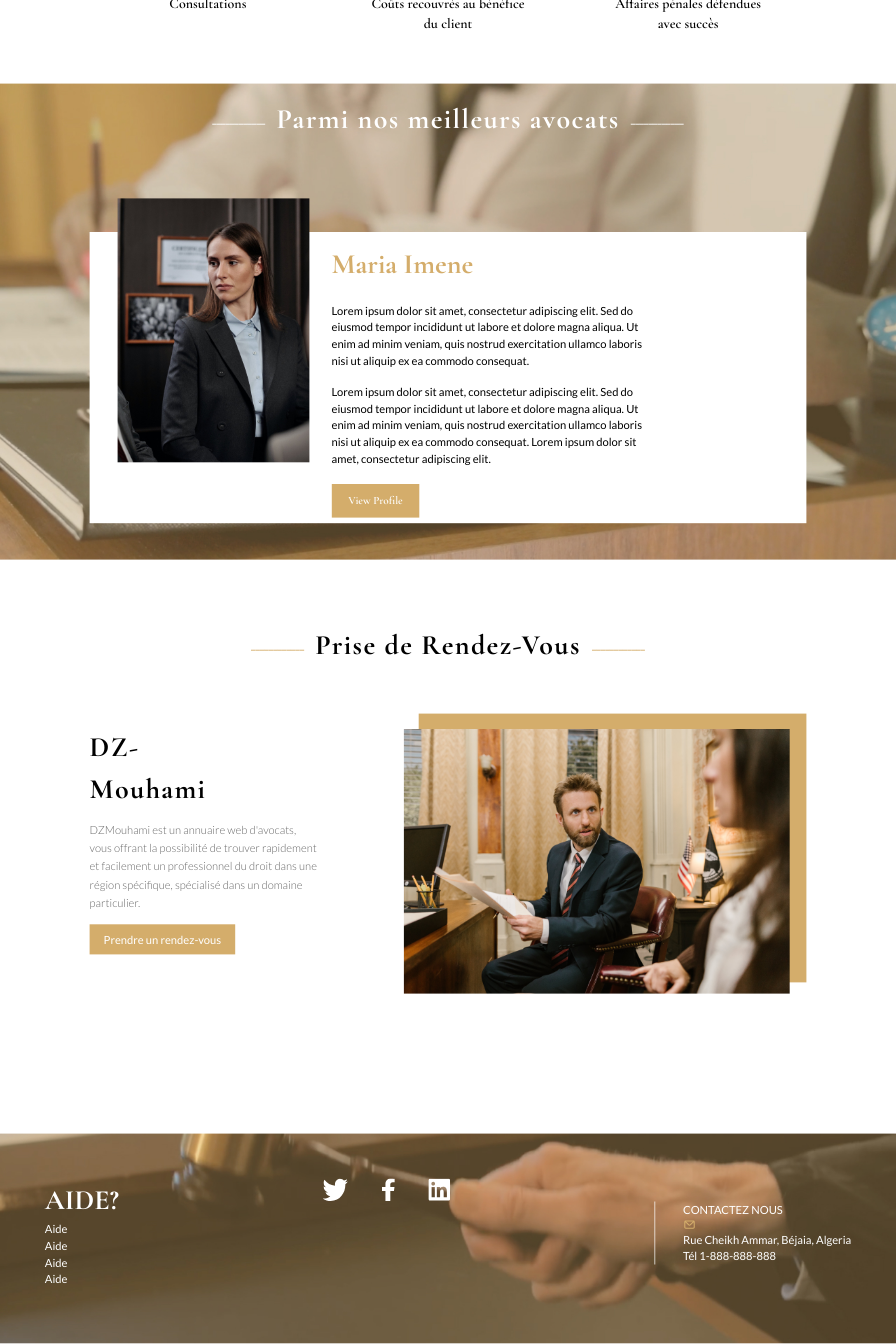
Repository: Chekrouba-Tinhinane/Mohami_dz
Page: / (app in client/)
The author's editor kept a copy of each file at every save. The page is drawn from the files as they stood at one save, then again after a run of saves.
The browser window is 1280 px wide. The pictures show the part of the page from y = 2348 to 4268 px (the page is 4268 px tall), at 70% of full size.
The project was rebuilt for these pictures with package versions that can differ from the ones it lists, and the page was loaded fresh each time. Also part of the build but not shown: client/vite.config.js, client/src/SignIn.jsx, client/src/components/Selector.jsx, client/src/components/SearchContainer.jsx, client/src/Search.jsx, client/src/components/super/HomeLayout.jsx, client/src/components/Profile.jsx.

Above is the page before, as saved 2024-01-25 18:11:49.

### client/index.html
<!doctype html>
<html lang="en">
  <head>
    <meta charset="UTF-8" />
    <link rel="icon" type="image/svg+xml" href="/vite.svg" />
    <meta name="viewport" content="width=device-width, initial-scale=1.0" />
    <title>Mouhami DZ</title>
  </head>
  <body>
    <div id="root"></div>
    <script type="module" src="/src/App.jsx"></script>
  </body>
</html>

### client/src/App.jsx
import React from "react";
import { createRoot } from "react-dom/client";
import { BrowserRouter, Routes, Route } from "react-router-dom";
import "./index.css";
import LandingPage from "./LandingPage";
import SignIn from "./SignIn";
import Search from "./Search";
import HomeLayout from "./components/super/HomeLayout";
import Profile from "./components/Profile";

const App = () => {
  return (
    <BrowserRouter>
      <Routes>
        <Route path={"/"} element={<LandingPage />} />

        <Route path={"/Signin"} element={<SignIn />} />
        <Route
          path={"/Search"}
          element={<HomeLayout pageComponent={<Search />} />}
        />
        {/* <Route path={"/Signin"} element={<SignIn />} />
        <Route
          path={"/Schedule"}
          element={<HomeLayout pageComponent={<Schedule />} />}
        />

        <Route
          path={"/Settings"}
          element={<HomeLayout pageComponent={<Staff />} />}
        />
        <Route
          path={"/profile/:id"}
          element={<HomeLayout pageComponent={<Profile />} />}
        /> */}
        <Route
          path={"/profile"}
          element={<HomeLayout pageComponent={<Profile />} />}
        />
      </Routes>
    </BrowserRouter>
  );
};

export default App;

const root = createRoot(document.getElementById("root"));
root.render(<App />);

### client/src/index.css
@import url("https://fonts.googleapis.com/css2?family=Cormorant+Garamond:wght@300;400;500;600;700&family=Lato:wght@100;300;400;700;900&display=swap");

@tailwind base;
@tailwind components;
@tailwind utilities;

@layer base {
  a {
    @apply cursor-pointer;
  }
  h1 {
    @apply text-[50px] font-bold;
  }
  h2 {
    @apply text-[2.5rem] font-bold;
  }
  p {
  }
  h3 {
  }
  h4 {
    @apply text-[1rem] font-semibold;
  }
  textarea {
  }
  input {
  }
  select {
  }
}

* {
  /*font-family: 'Cormorant Garamond', serif; */
  font-family: "Lato", sans-serif;
  box-sizing: border-box;
  padding: 0;
  margin: 0;
}

.recursive {
  font-family: "Cormorant Garamond", serif;
}

.nav-item::after {
  content: "";
  display: block;
  width: 0;
  height: 2px;
  margin-top: 5px;
  background-color: rgb(212, 173, 107);
  transition: width 0.4s;
}

.nav-item:hover::after {
  width: 100%;
}

### client/src/LandingPage.jsx
import React, { useEffect } from "react";

import header from "./assets/landing/header.jpg";
import hero from "./assets/landing/hero.png";
import section1 from "./assets/landing/section1.jpg";
import section2 from "./assets/landing/section2.jpg";
import footer from "./assets/landing/footer.jpg";
import maria from "./assets/landing/maria.jpg";
import scene from "./assets/landing/scene.png";

import msg from "./assets/icons/contact/msg.svg";

import twitter from "./assets/icons/footer/twitter.svg";
import fb from "./assets/icons/footer/fb.svg";
import linkedin from "./assets/icons/footer/linkedin.svg";

import NavBar from "./components/super/NavBar";

import AOS from "aos";
import "aos/dist/aos.css";

AOS.init();

const LandingPage = () => {
  useEffect(() => {
    AOS.refresh();
  }, []);

  return (
    <div className="overflow-hidden flex flex-col relative mx-auto items-center bg-white z-10">
      <header className=" p-3 recursive border-b border-b-primary w-[90%] text-center font-semibold text-xl">
        {" "}
        DZ Mouhami{" "}
      </header>
      <NavBar />
      <Header />
      <About />
      <Feedback />

      <Achievements />
      <Hero />
      <Appoint />
      <Footer />
    </div>
  );
};

export default LandingPage;

function Header() {
  return (
    <section
      id="header"
      className=" relative flex w-screen justify-center my-3"
    >
      <img src={header} className="w-full h-[600px] object-cover" alt="" />
      <h2 className=" recursive absolute bottom-[7%] left-[10%] text-white w-[60%]">
        "Legal Solutions, Trusted Advocacy: Your Path to Justice Begins with
        Us."
      </h2>
    </section>
  );
}

function About() {
  return (
    <section
      id="about"
      data-aos="fade-right"
      data-aos-duration="1000"
      className="mx-3 my-10 flex gap-[6rem] justify-center items-center"
    >
      {/* fifth section */}
      <div className=" flex flex-col w-[40%] ">
        <h2 className=" recursive w-[40%] place-self-end">
          A propos de DZ Mouhami
        </h2>
        <img src={hero} className="" alt="" />
      </div>

      <div className=" basis-[40%] mb-16 ">
        {" "}
        {/*  */}
        <h2 className=" recursive tracking-wider w-[50%] my-4">DZ-Mouhami</h2>
        <p className=" w-[80%] opacity-60 font-light leading-relaxed mb-7">
          DZMouhami est un annuaire web d'avocats, vous offrant la possibilité
          de trouver rapidement et facilement un professionnel du droit dans une
          région spécifique, spécialisé dans un domaine particulier.
        </p>
        <a
          href=""
          className=" py-2 px-5 text-white bg-primary hover:bg-opacity-65"
        >
          Trouver un avocat
        </a>
      </div>
    </section>
  );
}

function Feedback() {
  const userComments = [
    {
      username: "User123",
      comment:
        "Effortlessly found the right lawyer for my needs – the detailed profiles and client reviews streamlined the decision-making process.",
    },
    {
      username: "LegalEagle",
      comment:
        "Incredibly user-friendly directory; comprehensive lawyer profiles and responsive design made my search for legal representation hassle-free.",
    },
    {
      username: "LawSeeker",
      comment:
        "Highly impressed with the intuitive interface and wealth of information – this directory simplified the task of finding a skilled attorney.",
    },
  ];

  // You can now use the userComments array as needed in your code.

  return (
    <section
      id="feedback"
      className=" relative flex w-screen justify-center my-4"
    >
      <img
        src={section1}
        className="w-full h-[640px] bg-center object-cover"
        alt=""
      />
      <div className="absolute top-0 text-white">
        <div className=" flex flex-col items-center">
          <div className="flex items-center my-5 gap-4">
            <span className=" font-semibold select-none">____________</span>
            <h2 className=" recursive  tracking-wider ">
              Nos Témoignages
            </h2>{" "}
            <span className=" font-semibold select-none">____________</span>
          </div>

          <h2 className=" mt-16 mb-8 recursive w-[85%] text-center">
            CE QUE NOS CLIENTS PENSENT DE NOUS
          </h2>
          <div className=" flex gap-10 w-[75%] ">
            {userComments.map((el, i) => {
              return (
                <div className=" flex flex-col justify-between bg-white p-6 rounded-md text-black text-sm h-56 ">
                  {el.comment}
                  <div className=" flex gap-5 items-center">
                    {" "}
                    <div class="w-14 h-14 bg-gray-500 rounded-full"></div>
                    {el.username}
                  </div>
                </div>
              );
            })}
          </div>
        </div>
      </div>
    </section>
  );
}

function Achievements() {
  return (
    <div className=" flex flex-col w-[80%] items-center mx-auto my-10 gap-8 ">
      <div className="flex items-center my-5 gap-4">
        <span className=" font-semibold select-none text-primary">
          ____________
        </span>
        <h2 className=" recursive tracking-wider">Nos Réalisations</h2>{" "}
        <span className=" font-semibold select-none text-primary">
          ____________
        </span>
      </div>

      <div className="flex w-full justify-between  ">
        <div className="flex flex-col items-center basis-[33%] gap-4">
          {" "}
          <h4 className=" recursive text-primary text-3xl font-bold">
            879+
          </h4>{" "}
          <span className=" w-[70%] text-center recursive font-semibold text-xl">
            Consultations
          </span>
        </div>
        <div className="flex flex-col items-center basis-[33%] gap-4">
          {" "}
          <h4 className=" recursive text-primary text-3xl font-bold">
            12 Mil
          </h4>{" "}
          <span className=" w-[70%] text-center recursive font-semibold text-xl">
            Coûts recouvrés au bénéfice du client
          </span>
        </div>
        <div className="flex flex-col items-center basis-[33%] gap-4">
          {" "}
          <h4 className=" recursive text-primary text-3xl font-bold">
            92%
          </h4>{" "}
          <span className=" w-[70%] text-center recursive font-semibold text-xl">
            Affaires pénales défendues avec succès
          </span>
        </div>
      </div>
    </div>
  );
}

function Hero() {
  return (
    <section id="hero" className=" relative flex w-screen justify-center my-8 ">
      <img
        src={section2}
        className="w-full h-[680px] bg-center object-cover"
        alt=""
      />
      <div className="absolute top-0 text-white">
        <div className=" flex flex-col items-center gap-[6rem]">
          <div className="flex items-center my-5 gap-4">
            <span className=" font-semibold select-none">____________</span>
            <h2 className=" recursive  tracking-wider ">
              Parmi nos meilleurs avocats
            </h2>{" "}
            <span className=" font-semibold select-none">____________</span>
          </div>

          <div className=" flex gap-8 w-[80%] bg-white text-black h-[26rem] px-10 my-4 ">
            <div className="relative basis-[30%]">
              {" "}
              <img
                src={maria}
                alt=""
                className=" absolute -top-12  object-contain"
              />
            </div>
            <div className=" flex flex-col basis-[70%] my-4 gap-6  ">
              {" "}
              <h2 className=" recursive text-primary">Maria Imene</h2>{" "}
              <p className=" w-[70%] flex flex-col gap-5 ">
                <span>
                  Lorem ipsum dolor sit amet, consectetur adipiscing elit. Sed
                  do eiusmod tempor incididunt ut labore et dolore magna aliqua.
                  Ut enim ad minim veniam, quis nostrud exercitation ullamco
                  laboris nisi ut aliquip ex ea commodo consequat.{" "}
                </span>

                <span>
                  Lorem ipsum dolor sit amet, consectetur adipiscing elit. Sed
                  do eiusmod tempor incididunt ut labore et dolore magna aliqua.
                  Ut enim ad minim veniam, quis nostrud exercitation ullamco
                  laboris nisi ut aliquip ex ea commodo consequat. Lorem ipsum
                  dolor sit amet, consectetur adipiscing elit.
                </span>
              </p>
              <a
                href=""
                className="flex w-max recursive text-white bg-primary px-6 py-3 font-semibold hover:bg-opacity-75"
              >
                View Profile
              </a>
            </div>
          </div>
        </div>
      </div>
    </section>
  );
}

function Footer() {
  return (
    <footer
      id="footer"
      className="h-[300px] relative flex w-full justify-center mt-[10rem] text-white"
    >
      <img src={footer} alt="" className="w-full object-cover" />
      {/* sixth section */}
      <div className="absolute w-full flex justify-center pt-[4rem]">
        <div className="flex items-center justify-between px-16 max-w-[86rem] w-full">
          <div className="flex flex-col">
            <h2 className=" recursive">AIDE?</h2>
            <p>Aide</p>
            <p>Aide</p>
            <p>Aide</p>
            <p>Aide</p>
          </div>

          <div className="flex place-self-start gap-[3rem]">
            <img src={twitter} alt="" />
            <img src={fb} alt="" />
            <img src={linkedin} alt="" />
          </div>

          <div className="border-l border-l-white pl-10 flex flex-col">
            <p>
              CONTACTEZ NOUS
              <span>
                <img src={msg} alt="" />
              </span>
            </p>
            <p>Rue Cheikh Ammar, Béjaia, Algeria</p>
            <p>Tél 1-888-888-888</p>
          </div>
        </div>
      </div>
    </footer>
  );
}

function Appoint() {
  return (
    <section
      id="appoint"
      className=" flex flex-col w-full justify-center items-center gap-[3rem] my-10"
    >
      <div className=" flex flex-col items-center">
        <div className="flex items-center my-5 gap-4">
          <span className=" font-semibold select-none text-primary">
            ____________
          </span>
          <h2 className=" recursive  tracking-wider ">Prise de Rendez-Vous</h2>{" "}
          <span className=" font-semibold select-none text-primary">
            ____________
          </span>
        </div>
      </div>

      <div className=" flex w-[80%] items-center justify-between ">
        <div className=" basis-[40%] mb-16 ">
          {" "}
          {/*  */}
          <h2 className=" recursive tracking-wider w-[50%] my-4">DZ-Mouhami</h2>
          <p className=" w-[80%] opacity-60 font-light leading-relaxed mb-7">
            DZMouhami est un annuaire web d'avocats, vous offrant la possibilité
            de trouver rapidement et facilement un professionnel du droit dans
            une région spécifique, spécialisé dans un domaine particulier.
          </p>
          <a
            href=""
            className=" py-3 px-5 text-white bg-primary hover:bg-opacity-65"
          >
            Prendre un rendez-vous{" "}
          </a>
        </div>

        <img src={scene} className="" alt="" />
      </div>
    </section>
  );
}

### client/src/components/super/NavBar.jsx
import { motion } from "framer-motion";
import { Link } from "react-router-dom";
import { Link as ScrollLink } from "react-scroll";

const NavBar = () => {
  return (
    <div
      whileHover={{ scale: 1, originX: 0, color: "#D4AD6B" }}
      transition={{ type: "tween", duration: 0.2 }}
      className=" flex items-center px-20 pt-6 mb-3 w-full justify-between "
    >
      <motion.ul className="flex gap-[2rem] text-sm">
        <motion.li
          whileHover={{ scale: 1, originX: 0, color: "#D4AD6B" }}
          transition={{ type: "tween", duration: 0.2 }}
          className=" font-semibold opacity-80 tracking-wider cursor-pointer"
        >
          <ScrollLink
            to={"about"}
            spy={true}
            smooth={true}
            offset={-50}
            duration={500}
            className="nav-item"
          >
            Accueil
          </ScrollLink>
        </motion.li>
        <motion.li
          whileHover={{ scale: 1, originX: 0, color: "#D4AD6B" }}
          transition={{ type: "tween", duration: 0.2 }}
          className=" font-semibold opacity-80 tracking-wider cursor-pointer"
        >
          <ScrollLink
            to="hero"
            spy={true}
            smooth={true}
            offset={0}
            duration={500}
            className="nav-item"
          >
            Trouver un avocat
          </ScrollLink>
        </motion.li>
        <motion.li
          whileHover={{ scale: 1, originX: 0, color: "#D4AD6B" }}
          transition={{ type: "tween", duration: 0.2 }}
          className=" font-semibold opacity-80 tracking-wider cursor-pointer"
        >
          <ScrollLink
            to="appoint"
            spy={true}
            smooth={true}
            offset={50}
            duration={500}
            className="nav-item"
          >
            Prendre un rendez-vous
          </ScrollLink>
        </motion.li>
        <motion.li
          whileHover={{ scale: 1, originX: 0, color: "#D4AD6B" }}
          transition={{ type: "tween", duration: 0.2 }}
          className=" font-semibold opacity-80 tracking-wider cursor-pointer"
        >
          <ScrollLink
            to="footer"
            spy={true}
            smooth={true}
            offset={-100}
            duration={500}
            className="nav-item"
          >
            Contactez nous
          </ScrollLink>
        </motion.li>
      </motion.ul>
      <div className="flex gap-[1rem]">
        <Link
          to={"/SignIn"}
          href=""
          className=" recursive flex items-center font-semibold text-primary border border-primary bg-white text-center text-lg py-1.5 px-3.5 hover:bg-opacity-70 "
        >
          Se connecter
        </Link>
      </div>
    </div>
  );
};

export default NavBar;

### client/tailwind.config.js
/** @type {import('tailwindcss').Config} */
module.exports = {
  content: ["./src/**/*.{js,jsx,ts,tsx}"],
  theme: {
    extend: {
      colors: {
        lightBrown: "#FAF5EE",
        primary: "#D4AD6B"
      },
    },
  },
  plugins: [],
};

After the next 2 saves:
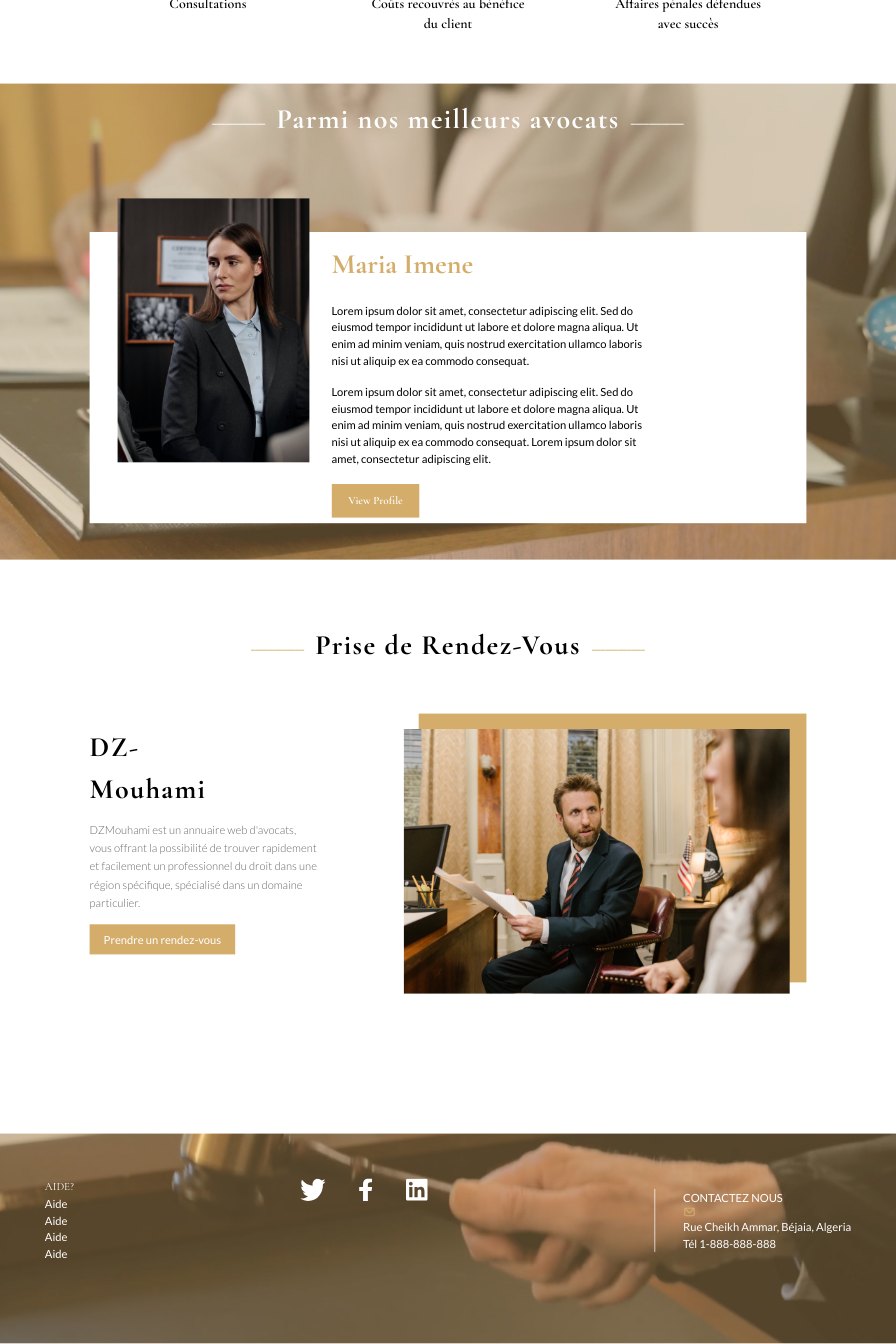
The 2 saves are shown as one change because they came seconds apart.
The last was saved 12 s later.
--- a/client/src/LandingPage.jsx
+++ b/client/src/LandingPage.jsx
@@ -279,7 +279,7 @@ function Footer() {
       <div className="absolute w-full flex justify-center pt-[4rem]">
         <div className="flex items-center justify-between px-16 max-w-[86rem] w-full">
           <div className="flex flex-col">
-            <h2 className=" recursive">AIDE?</h2>
+            <h3 className=" recursive">AIDE?</h3>
             <p>Aide</p>
             <p>Aide</p>
             <p>Aide</p>
